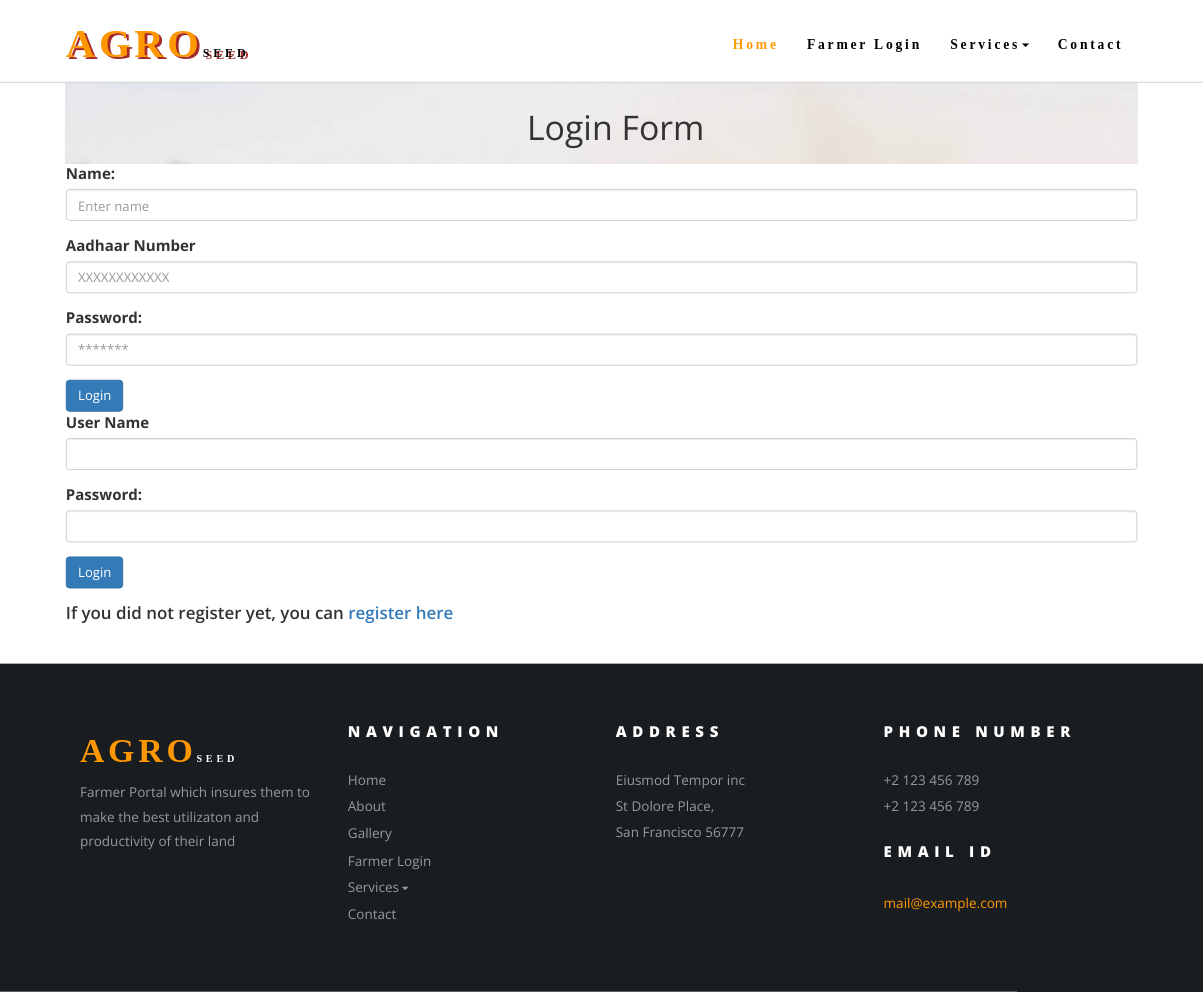
Repository: harshh-cloud/Academic--Project
Page: http://localhost/AgroSeed/user/login.jsp
The author's editor kept a copy of each file at every save. The page is drawn from the files as they stood at one save, then again after the next save.
The browser window is 1280 px wide. The pictures show the whole page, at 94% of full size.
Some web fonts or font styles are not loaded; a fallback is used. The page is served by Tomcat 9.

Above is the page before, as saved 2025-03-10 08:24:17.

### Workspace/AgroSeed/src/main/webapp/user/login.jsp
<%@ page language="java" contentType="text/html; charset=ISO-8859-1"
    pageEncoding="ISO-8859-1"%>
<!DOCTYPE html PUBLIC "-//W3C//DTD HTML 4.01 Transitional//EN" "http://www.w3.org/TR/html4/loose.dtd">
<html>
<head>
<meta http-equiv="Content-Type" content="text/html; charset=ISO-8859-1">
<title>Insert title here</title>
<meta charset="utf-8">
<meta name="viewport" content="width=device-width, initial-scale=1">
<meta charset="utf-8">
<meta name="keywords" content="Agro Seed Responsive web template, Bootstrap Web Templates, Flat Web Templates, Android Compatible web template,
Smartphone Compatible web template, free webdesigns for Nokia, Samsung, LG, SonyEricsson, Motorola web design" />
<script type="application/x-javascript"> addEventListener("load", function() { setTimeout(hideURLbar, 0); }, false); function hideURLbar(){ window.scrollTo(0,1); } </script>
<!-- bootstrap-css -->
<link href="css/bootstrap.css" rel="stylesheet" type="text/css" media="all" />
<!--// bootstrap-css -->
<!-- css -->
<link rel="stylesheet" href="../css/style.css" type="text/css" media="all" />
<!--// css -->
<!-- font-awesome icons -->
<link href="../css/font-awesome.css" rel="stylesheet">
<!-- //font-awesome icons -->
<!-- font -->
<link href="http://fonts.googleapis.com/css?family=Laila:300,400,500,600,700" rel="stylesheet">
<link href="http://fonts.googleapis.com/css?family=Open+Sans:300,300i,400,400i,600,600i,700,700i,800,800i" rel="stylesheet">
<!-- //font -->
<script src="../js/jquery-1.11.1.min.js"></script>
<script src="../js/bootstrap.js"></script>
<script type="text/javascript">
	jQuery(document).ready(function($) {
		$(".scroll").click(function(event){
			event.preventDefault();
			$('html,body').animate({scrollTop:$(this.hash).offset().top},1000);
		});
	});
</script>
 </head>
<body>


<%@page import="java.io.*" %>
	<%@page import="java.sql.*" %>
	<%@page import="javax.sql.*" %>
	<%@page import="java.sql.Connection" %>
<%@include file="../Connection.jsp" %>
<%@include file="Header1.jsp" %>
<div class="container" style="padding-bottom:35px">
  <div class="jarallax about-banner" style="padding: .5em 0">
			<div class="container">
				<div class="agileits-heading about-heading">
					<h1>Login Form</h1>
				</div>
			</div>
		</div>

   <form action="" class="needs-validation" novalidate>
    <div class="form-group">
      <label for="uname">Name:</label>
      <input type="text" class="form-control" id="name" placeholder="Enter name" name="name" required>
    </div>
   <div class="form-group">
      <label for="uname">Aadhaar Number</label>
      <input type="tel" class="form-control" id="adhaar" placeholder="XXXXXXXXXXXX" name="adhaar" maxlength="12" pattern=[0-9]{12,12} required>
    </div>
    <div class="form-group">
      <label for="uname">Password:</label>
      <input type="password" class="form-control" id="pass" placeholder="*******" name="pass" required>
    </div>

	  <button type="submit" class="btn btn-primary" name="Login">Login</button>


    <%


    	try{

    		if(request.getParameter("Login")!= null)
    		{
    			Statement st1 =cn.createStatement();
	    		ResultSet rs =st1.executeQuery("select * from registration where  Usernam='"+request.getParameter("adhaar")+"' and Password='"+request.getParameter("pass")+"'");
		    	if(rs.next())
		    	{
		    		session.setAttribute("Adhaar",request.getParameter("adhaar"));

		    		//out.println("You are loged in Successfully ! ");
		    		response.sendRedirect("DashBoard.jsp");
		    	}else
		    	{
		    		PrintWriter outa = response.getWriter();
		    		out.println("<script type=\"text/javascript\">");
		    	   	out.println("alert('Invalid Information ');");
		    	   	out.println("location='login.jsp';");
		    	   	out.println("</script>");
		    	}
    		}
    	}
    	catch(Exception ex)
    	{
    		out.println(ex);
    	}

    %>



    </form>

    <form action="" class="needs-validation" novalidate>

   <div class="form-group">
      <label for="uname">User Name</label>
      <input type="tel" class="form-control" id="userName" name="userName"  required>
    </div>
    <div class="form-group">
      <label for="uname">Password:</label>
      <input type="password" class="form-control" id="passWord" name="passWord" required>
    </div>


    <button type="submit" class="btn btn-primary" name="Login">Login</button>

    <%



    	try{

    		if(request.getParameter("Login")!= null){
    			Statement st1 =cn.createStatement();
		    	ResultSet rs =st1.executeQuery("select * from registration where  Username='"+request.getParameter("userName")+"' and Password='"+request.getParameter("passWord")+"'");
		    	if(rs.next()){
		    		response.sendRedirect("DashBoard.jsp");
		    	}
		    	else
		    	{
		    		out.println("! Please Enter Valid details. ");
		    	}
		   }
    	}catch(Exception ex)
    	{
    		out.println(ex);
    	}

    %>



    </form>

    <form action="register.jsp">
   		<h4> <p style="margin:16px 0 10px ;font-weight:600">If you did not register yet, you can <a href="register.jsp">register here</a></p></h4>
    </form>
   </div>

    <%@ include file="footer.jsp" %>

   <script>
// Disable form submissions if there are invalid fields
(function() {
  'use strict';
  window.addEventListener('load', function() {
    // Get the forms we want to add validation styles to
    var forms = document.getElementsByClassName('needs-validation');
    // Loop over them and prevent submission
    var validation = Array.prototype.filter.call(forms, function(form) {
      form.addEventListener('submit', function(event) {
        if (form.checkValidity() === false) {
          event.preventDefault();
          event.stopPropagation();
        }
        form.classList.add('was-validated');
      }, false);
    });
  }, false);
})();
</script>


</body>
</html>

### Workspace/AgroSeed/src/main/webapp/Connection.jsp
<%@ page language="java" contentType="text/html; charset=ISO-8859-1"
    pageEncoding="ISO-8859-1"%>
<!DOCTYPE html PUBLIC "-//W3C//DTD HTML 4.01 Transitional//EN" "http://www.w3.org/TR/html4/loose.dtd">
<%@page import="java.io.*" %>
<%@page import="java.sql.Connection" %>
<%@page import="java.sql.Statement" %>
<%@page import="java.sql.ResultSet" %>
<%@page import="java.sql.DriverManager" %>

<html>
<head>
<meta http-equiv="Content-Type" content="text/html; charset=ISO-8859-1">
<title>Insert title here</title>
</head>
<body>
   <%

   Connection cn =null;
   Class.forName("com.mysql.jdbc.Driver");
   cn = DriverManager.getConnection("jdbc:mysql://localhost:3306/agroseed","root","root");




  %>
</body>
</html>

### Workspace/AgroSeed/src/main/webapp/user/Header1.jsp
<%@ page language="java" contentType="text/html; charset=ISO-8859-1"
    pageEncoding="ISO-8859-1"%>
<!DOCTYPE html PUBLIC "-//W3C//DTD HTML 4.01 Transitional//EN" "http://www.w3.org/TR/html4/loose.dtd">
<html>
<head>
<meta http-equiv="Content-Type" content="text/html; charset=ISO-8859-1">
<meta charset="ISO-8859-1">
<title>Insert title here</title>
<link href="../css/bootstrap.css" rel="stylesheet" type="text/css" media="all" />
<!--// bootstrap-css -->
<!-- css -->
<link rel="stylesheet" href="../css/style.css" type="text/css" media="all" />
<!--// css -->
<!-- font-awesome icons -->
<link href="../css/font-awesome.css" rel="stylesheet">
<!-- //font-awesome icons -->
<!-- font -->
<link href="http://fonts.googleapis.com/css?family=Laila:300,400,500,600,700" rel="stylesheet">
<link href="http://fonts.googleapis.com/css?family=Open+Sans:300,300i,400,400i,600,600i,700,700i,800,800i" rel="stylesheet">
<!-- //font -->
<script src="../js/jquery-1.11.1.min.js"></script>
<script src="../js/bootstrap.js"></script>
 <script type="text/javascript">
	jQuery(document).ready(function($) {
		$(".scroll").click(function(event){
			event.preventDefault();
			$('html,body').animate({scrollTop:$(this.hash).offset().top},1000);
		});
	});
</script>
<style>
#logo{
      text-shadow: 3px 2px brown;
      }
</style>

</head>
<body>

	<div class="banner">
		<div class="head">
			<div class="container">
					<div class="navbar-top">
							<!-- Brand and toggle get grouped for better mobile display -->
							<div class="navbar-header">
							 <button type="button" class="navbar-toggle collapsed" data-toggle="collapse" data-target="#bs-example-navbar-collapse-1">
								<span class="sr-only">Toggle navigation</span>
								<span class="icon-bar"></span>
								<span class="icon-bar"></span>
								<span class="icon-bar"></span>
							  </button>

								 <div class="navbar-brand logo " >
									<h1 class="animated wow pulse" data-wow-delay=".5s">
									<a href="index.html" id="logo">Agro<span>Seed</span></a></h1>
								</div>
                       </div>

							<div class="collapse navbar-collapse" id="bs-example-navbar-collapse-1">
							 <ul class="nav navbar-nav link-effect-4">
							    <li class="active"><a href="../index.jsp" data-hover="Home">Home</a> </li>
							<!-- 	<li><a href="about.html" data-hover="About">About </a> </li> -->
								<li><a href="login.jsp" data-hover="Farmer Login">Farmer Login</a></li>
								<li class="dropdown">
								    <a href="codes.html" class="dropdown-toggle" data-hover="services" data-toggle="dropdown">Services<b class="caret"></b></a>
									        <ul class="dropdown-menu">
										       <li><a href="land details.jsp">Land details</a></li>
										       <li><a href="crop details.jsp">Crop details</a></li>
										       <li><a href="monsoon details.jsp">Monsoon details</a></li>
										    </ul>
							    </li>
								<li><a href="contact1.jsp" data-hover="Contact">Contact</a></li>
							  </ul>
							</div><!-- /.navbar-collapse -->
						</div>
					  <div class="clearfix"></div>
			</div>
		</div>

			<script src="../js/jarallax.js"></script>
	<script src="../js/SmoothScroll.min.js"></script>
	<script type="text/javascript">
		/* init Jarallax */
		$('.jarallax').jarallax({
			speed: 0.5,
			imgWidth: 1366,
			imgHeight: 768
		})
	</script>
	<script type="text/javascript" src="../js/move-top.js"></script>
	<script type="text/javascript" src="../js/easing.js"></script>


</body>
</html>

### Workspace/AgroSeed/src/main/webapp/user/footer.jsp
<%@ page language="java" contentType="text/html; charset=ISO-8859-1"
    pageEncoding="ISO-8859-1"%>
<!DOCTYPE html PUBLIC "-//W3C//DTD HTML 4.01 Transitional//EN" "http://www.w3.org/TR/html4/loose.dtd">
<html>
<head>
<meta http-equiv="Content-Type" content="text/html; charset=ISO-8859-1">
<meta charset="ISO-8859-1">
<title>Insert title here</title>
<link href="../css/bootstrap.css" rel="stylesheet" type="text/css" media="all" />
<!--// bootstrap-css -->
<!-- css -->
<link rel="stylesheet" href="../css/style.css" type="text/css" media="all" />
<!--// css -->
<!-- font-awesome icons -->
<link href="../css/font-awesome.css" rel="stylesheet">
<!-- //font-awesome icons -->
<!-- font -->
<link href="http://fonts.googleapis.com/css?family=Laila:300,400,500,600,700" rel="stylesheet">
<link href="http://fonts.googleapis.com/css?family=Open+Sans:300,300i,400,400i,600,600i,700,700i,800,800i" rel="stylesheet">
<!-- //font -->
<script src="../js/jquery-1.11.1.min.js"></script>
<script src="../js/bootstrap.js"></script>
 <script type="text/javascript">
	jQuery(document).ready(function($) {
		$(".scroll").click(function(event){
			event.preventDefault();
			$('html,body').animate({scrollTop:$(this.hash).offset().top},1000);
		});
	});
</script>

</head>
<body>

	<div class="footer" style="width:100%">
		<div class="footer-top">
			<div class="container">
				<div class="footer-grids">
					<div class="col-md-3 footer-grid">
						<div class="footer-logo">
							<h4><a href="index.html">Agro<span>Seed</span></a></h4>
							<p>Farmer Portal which insures them to make the best utilizaton and productivity of their land</p>
						</div>
					</div>
					<div class="col-md-3 footer-grid">
						<h3>Navigation</h3>
						<ul>
						    <li> <a href="../index.jsp">Home</a> </li>
							<li> <a href="about.html">About</a> </li>
							<li> <a href="gallery.html">Gallery</a> </li>
							<li> <a href="login.jsp">Farmer Login</a> </li>
							<li class="dropdown">
								    <a href="codes.html" class="dropdown-toggle" data-toggle="dropdown">Services<b class="caret"></b></a>
									        <ul class="dropdown-menu">
										       <li><a href="icons.html">Land details</a></li>
										       <li><a href="">Crop details</a></li>
										    </ul>
							    </li>

							<li> <a href="contact1.jsp">Contact</a> </li>
						</ul>
					</div>
					<div class="col-md-3 footer-list">
						<h3>Address</h3>
						<ul>
						   <li>Eiusmod Tempor inc </li>
							<li>St Dolore Place,</li>
							<li>San Francisco 56777 </li>
							</ul>

					</div>
					<div class="col-md-3 footer-list">
						<h3>Phone Number</h3>
						<ul >
							<li>+2 123 456 789</li>
							<li>+2 123 456 789</li>
		     			</ul><br/>
		     			<h3>Email ID</h3>
						<ul class="w3agile_footer_grid_list">
							<li><a href="mailto:example@email.com">mail@example.com</a></li>
		     			</ul>
					</div>
					<div class="clearfix"> </div>
				</div>
			</div>
		</div>
	</div>

		<script src="../js/jarallax.js"></script>
	<script src="../js/SmoothScroll.min.js"></script>
	<script type="text/javascript">
		/* init Jarallax */
		$('.jarallax').jarallax({
			speed: 0.5,
			imgWidth: 1366,
			imgHeight: 768
		})
	</script>
	<script type="text/javascript" src="../js/move-top.js"></script>
	<script type="text/javascript" src="../js/easing.js"></script>



</body>
</html>

Loaded but not shown: Workspace/AgroSeed/src/main/webapp/css/font-awesome.css (library); Workspace/AgroSeed/src/main/webapp/js/jquery-1.11.1.min.js (library); Workspace/AgroSeed/src/main/webapp/js/bootstrap.js (library); Workspace/AgroSeed/src/main/webapp/css/bootstrap.css (library); Workspace/AgroSeed/src/main/webapp/js/SmoothScroll.min.js (library); Workspace/AgroSeed/src/main/webapp/js/jarallax.js (433 lines, source omitted); Workspace/AgroSeed/src/main/webapp/js/easing.js (140 lines, source omitted); Workspace/AgroSeed/src/main/webapp/js/move-top.js (5 lines, source omitted); Workspace/AgroSeed/src/main/webapp/css/style.css (2464 lines, source omitted)

After the next save:
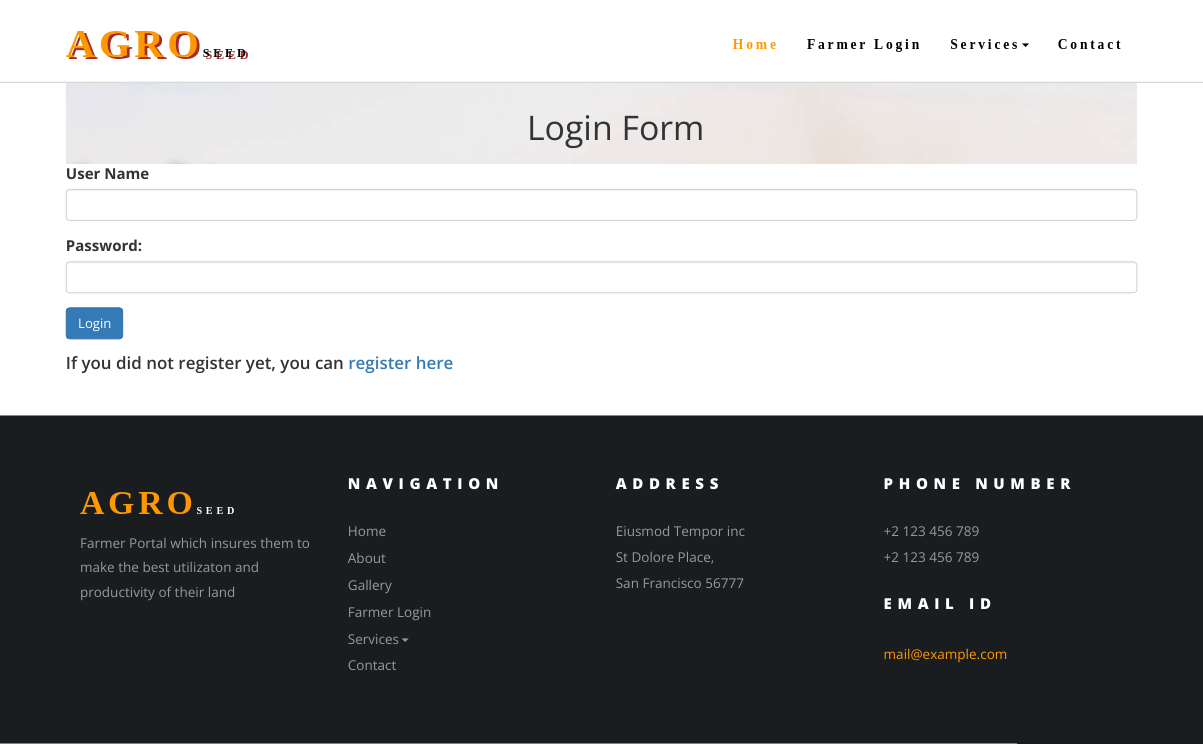
Saved 22 s later.
--- a/Workspace/AgroSeed/src/main/webapp/user/login.jsp
+++ b/Workspace/AgroSeed/src/main/webapp/user/login.jsp
@@ -53,58 +53,7 @@ Smartphone Compatible web template, free webdesigns for Nokia, Samsung, LG, Sony
 			</div>
 		</div>
 
-   <form action="" class="needs-validation" novalidate>
-    <div class="form-group">
-      <label for="uname">Name:</label>
-      <input type="text" class="form-control" id="name" placeholder="Enter name" name="name" required>
-    </div>
-   <div class="form-group">
-      <label for="uname">Aadhaar Number</label>
-      <input type="tel" class="form-control" id="adhaar" placeholder="XXXXXXXXXXXX" name="adhaar" maxlength="12" pattern=[0-9]{12,12} required>
-    </div>
-    <div class="form-group">
-      <label for="uname">Password:</label>
-      <input type="password" class="form-control" id="pass" placeholder="*******" name="pass" required>
-    </div>
 
-	  <button type="submit" class="btn btn-primary" name="Login">Login</button>
-
-
-    <%
-
-
-    	try{
-
-    		if(request.getParameter("Login")!= null)
-    		{
-    			Statement st1 =cn.createStatement();
-	    		ResultSet rs =st1.executeQuery("select * from registration where  Usernam='"+request.getParameter("adhaar")+"' and Password='"+request.getParameter("pass")+"'");
-		    	if(rs.next())
-		    	{
-		    		session.setAttribute("Adhaar",request.getParameter("adhaar"));
-
-		    		//out.println("You are loged in Successfully ! ");
-		    		response.sendRedirect("DashBoard.jsp");
-		    	}else
-		    	{
-		    		PrintWriter outa = response.getWriter();
-		    		out.println("<script type=\"text/javascript\">");
-		    	   	out.println("alert('Invalid Information ');");
-		    	   	out.println("location='login.jsp';");
-		    	   	out.println("</script>");
-		    	}
-    		}
-    	}
-    	catch(Exception ex)
-    	{
-    		out.println(ex);
-    	}
-
-    %>
-
-
-
-    </form>
 
     <form action="" class="needs-validation" novalidate>
 
